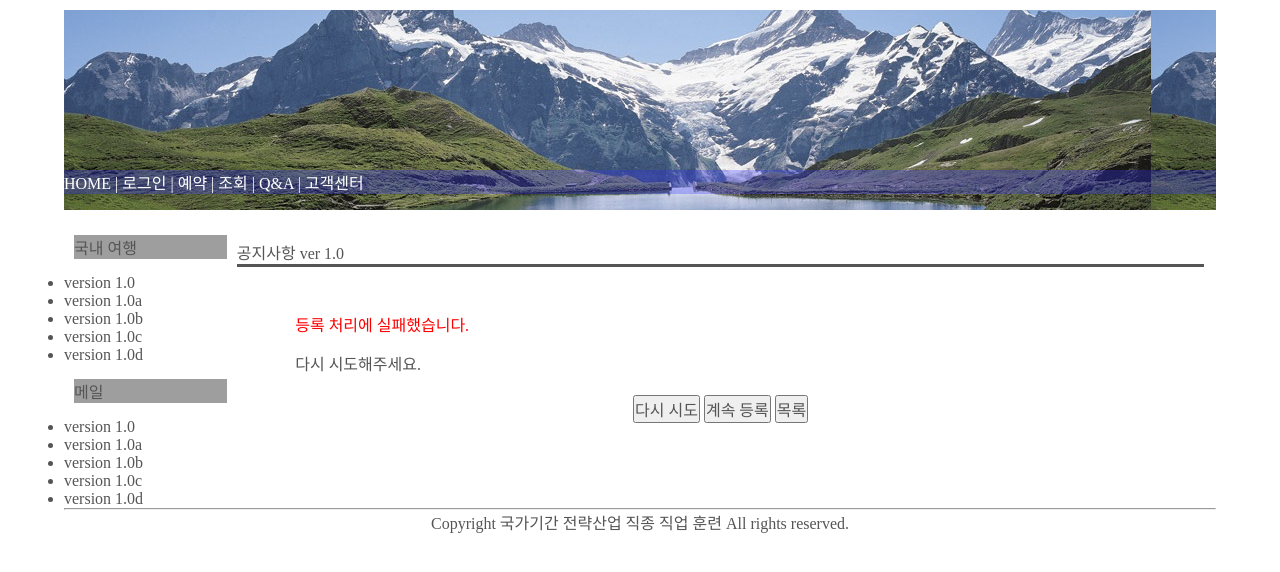
Repository: jangky000/ai_web
Page: http://localhost/blog_v2jc/mail_app/create_proc.jsp
The author's editor kept a copy of each file at every save. The page is drawn from the files as they stood at one save, then again after the next save.
The browser window is 1280 px wide. The pictures show the whole page.
Pictures or frames that could not be fetched are drawn as grey boxes. The page is served by Tomcat 9. Other server files are loaded and not shown. Queries for data that is not in the repository find no rows.

Above is the page before, as saved 2020-03-27 04:11:28.

### ws__frame/blog_v2jc/WebContent/mail_app/create_proc.jsp
<%@ page contentType="text/html; charset=UTF-8" %>

 <!-- MySQL에서 DBMS에 연결할때 쓰던 import 패키지와 구성이 같다. -->
 <!-- MovieDAO2.java 참조 -->
<%@ page import="java.sql.Connection" %>
<%@ page import=" java.sql.DriverManager" %>
<%@ page import="java.sql.PreparedStatement" %>
<%@ page import="java.sql.ResultSet" %>
<%@ page import="java.sql.SQLException" %>

<%
request.setCharacterEncoding("utf-8");
String root = request.getContextPath();
%>

<%
// 필요 변수 선언
Connection con = null;              // DBMS 연결
PreparedStatement pstmt = null; // SQL 실행
ResultSet rs = null;                   // SELECT 결과를 저장
StringBuffer sql = null;              // SQL 문장
int count = 0;                         // 처리된 레코드 갯수

// MYSQL
// String className = "org.gjt.mm.mysql.Driver"; // MySQL 연결 Driver
// String url = "jdbc:mysql://172.16.12.4:3306/javadb?useUnicode=true&characterEncoding=euckr"; //데이터베이스 javadb 사용

//Oracle, jdbc 연결
String className = "oracle.jdbc.driver.OracleDriver"; // Oracle 연결 Driver
String url = "jdbc:oracle:thin:@127.0.0.1:1521:XE"; //XE -> soldesk 등으로 달라질 수 있다.

String user = "ai6";
String password = "1234";
%>

<!DOCTYPE html>
<html lang="ko">
<head>
<meta charset="UTF-8">
<title></title>
<link href="<%=root%>/css/style.css" rel="Stylesheet" type="text/css">
</head>
<body>
<jsp:include page="/menu/top.jsp" flush='false' />
  <div class="title_line">공지사항 ver 1.0</div>
  <fieldset class="fieldset_basic">
    <!-- <legend class="legend_basic">공지사항 등록</legend> -->
      <ul>
        <%
        String title = request.getParameter("title");
        String content = request.getParameter("content");
        String rname = request.getParameter("rname");
        String passwd = request.getParameter("passwd");

      //네트워크 설정에 예외처리가 필수
        try {
          Class.forName(className); // memory로 클래스를 로딩함, 객체는 생성하지 않음.
          con = DriverManager.getConnection(url, user, password ); // MySQL 연결

          sql = new StringBuffer();
          //SQL문 앞에 한 칸 공백 만들기 + ' ; '지우기
          sql.append(" INSERT INTO notice(noticeno, title, content, rname, passwd, rdate )");
          sql.append(" VALUES (notice_seq.nextval, ?, ?, ?, ?, sysdate)"); // '?'는 ?값으로 판단, 문자열도 single quatation 없이 사용

          //StringBuffer를 문자열로 변환
          pstmt = con.prepareStatement(sql.toString());

          pstmt.setString(1, title);
          pstmt.setString(2, content);
          pstmt.setString(3, rname);
          pstmt.setString(4, passwd);

          //pstmt 바인딩 후에 실행
          count = pstmt.executeUpdate(); // INSERT, UPDATE, DELETE를 실행

        } catch (SQLException e) {
          System.out.println("SQL 실행 중 예외 발생");
          e.printStackTrace(); // 예외가 발생하기까지의 실행 과정 출력
        } catch (ClassNotFoundException e) {
          System.out.println("JDBC 드라이버가 없습니다.");
          e.printStackTrace();
        } finally {
          //try{ if (rs != null){ rs.close(); } }catch(Exception e){ }
          // 따로 에러 출력하지 않고 연결 종료
          try{ if (pstmt != null){ pstmt.close(); } }catch(Exception e){ }
          try{ if (con != null){ con.close(); } }catch(Exception e){ }
        }

      if(count == 1){
        %>
        <li class="li_none">등록 처리에 성공했습니다.</li>
        <%
      } else{
        %>
        <li class="li_error" >등록 처리에 실패했습니다.</li>
        <li class="li_none">다시 시도해주세요. </li>
        <%
      }
        %>
      </ul>
      <div class ="bottom_menu">
        <!-- onclick = "" javascript 연결 -->
        <%
        if(count == 0){
          %>
          <button type="button" onclick="history.back();">다시 시도</button>
          <%
        }
        %>
        <button type="button" onclick="location.href = './create_form.jsp'">계속 등록</button>
        <button type="button" onclick="location.href = './list.jsp'">목록</button>
      </div>
  </fieldset>

<jsp:include page="/menu/bottom.jsp" flush='false' />
</body>
</html>
</html>

### ws__frame/blog_v2jc/WebContent/menu/top.jsp
<%@ page contentType="text/html; charset=UTF-8" %>
<!-- jsp: include를 사용했기 때문에 root로 인한 충돌이 발생하지 않는다. -->
<% String root = request.getContextPath(); %>

<DIV class='container'>
  <DIV class='top_img'>
    <NAV class="top_menu">
      <a href="<%=root %>" class="menu_link">HOME</a> | 로그인 | 예약 | 조회 | Q&A | 고객센터
    </NAV>
  </DIV>

  <DIV style='margin-top: 10px;'> <!-- 좌측 메뉴 + 내용 시작 -->
    <DIV class='left_menu'> <!--  좌측 메뉴 시작 -->
      <div class="li_left_menu_1" >국내 여행</div>
      <UL>
         <!-- 모든 위치에서 동일한 주소를 찾아야하므로, 절대 경로로 설정 -->
        <LI class="li_left_menu_2"><a href="<%= request.getContextPath() %>/notice1/list.jsp">version 1.0</a></LI>
        <LI class="li_left_menu_2"><a href="<%= request.getContextPath() %>/notice1a/list.jsp">version 1.0a</a></LI>
        <LI class="li_left_menu_2"><a href="<%= request.getContextPath() %>/notice1b/list.jsp">version 1.0b</a></LI>
        <LI class="li_left_menu_2"><a href="<%= request.getContextPath() %>/notice1c/list.jsp">version 1.0c</a></LI>
        <LI class="li_left_menu_2"><a href="<%= request.getContextPath() %>/notice1d/list.jsp">version 1.0d</a></LI>
      </UL>
      <!-- br을 쓰는 것보다 margin으로 여백을 주는 것이 낫다 -->
      <div class="li_left_menu_1">메일</div>
      <UL>
        <LI class="li_left_menu_2"><a href="<%= request.getContextPath() %>/mail_app/list.jsp">version 1.0</a></LI>
        <LI class="li_left_menu_2"><a href="<%= request.getContextPath() %>/mail_app1a/list.jsp">version 1.0a</a></LI>
        <LI class="li_left_menu_2"><a href="<%= request.getContextPath() %>/mail_app1b/list.jsp">version 1.0b</a></LI>
        <LI class="li_left_menu_2"><a href="<%= request.getContextPath() %>/mail_app1c/list.jsp">version 1.0c</a></LI>
        <LI class="li_left_menu_2"><a href="<%= request.getContextPath() %>/mail_app1d/list.jsp">version 1.0d</a></LI>
      </UL>

    </DIV>  <!--  좌측 메뉴 종료 -->

    <DIV class='content_body'> <!--  내용 시작 -->

### ws__frame/blog_v2jc/WebContent/menu/bottom.jsp
<%@ page contentType="text/html; charset=UTF-8" %>

    </DIV> <!-- 내용 종료 -->
  </DIV> <!-- 좌측 메뉴 + 내용 종료 -->

  <!-- 화면 하단 메뉴 -->
  <DIV class='copyright'>
    <HR>
    Copyright 국가기간 전략산업 직종 직업 훈련 All rights reserved.
  </DIV>

</DIV> <!-- 컨테이너 종료 -->

### ws__frame/blog_v2jc/WebContent/css/style.css
/* ver 0.2 */
/* 모든 태그에 적용 */
  *{
     font-family: Malgun Gothic;
     font-size: 16px;
     margin: 0px;  /* top right bottom left */
     padding: 0px;
     color: #555555;
  }

  .container {
    width: 90%;
    margin: 10px auto;
  }

  /*
  이미지 경로 지정
  권장하지 않는 방법(절대경로): background-image: url('/blog_v2jc/css/images/top_image.jpg');
  권장하는 방법(상대경로): background-image: url('./images/top_image.jpg');
  style.css 파일이 include(link)되는 폴더를 현재 폴더로 인식함
  /blog_v2jc/css/style.css에서 사용
  /blog_v2jc/css/images/top_image.jpg 인식
   */
  .top_img {
    width: 100%;
    height: 200px;
    /* background-image: url('/blog_v2jc/menu/images/top_image.jpg'); */
    background-image: url('./images/top_image.jpg');
  }

  .top_menu {
    position: relative;  /* 부모 태그 기준 화면 상단 기준 */
    top: 80%;
    /* left: 2px;  */
    background-color: rgba(50, 50, 255, 0.3);
    color: white;
  }

  .left_menu {
    width: 15%;
    float: left;
  }

  .content_body {
    width: 84%;
    float: left;
  }

  .content_bottom {

  }

  .bottom_menu {
    text-align: center;
    margin: 20px auto;
    clear: both;
  }

  .copyright {
    text-align: center;
    margin: 20px auto; /* 블럭 가운데 정렬 */
    clear: both; /*  float: left; 해제 float 효과를 제거 */
  }

  .li_warning{/* 경고 메시지 */
    list-style: none;
    margin: 15px 10px;
    color: #ff6600;
  }

  .li_error{ /* 에러 메시지 */
    list-style: none;
    margin: 15px 10px;
    color: #FF0000;
  }

  .li_none{
    list-style: none;
    margin: 15px 10px;
  }

  .fieldset_basic{
    width:90%;
    margin:10px auto;
    border-top: none;
    border-right: none;
    border-bottom: none;
    border-left: none;
    padding: 10px;
  }

  .legend_basic{
    margin-left:30px;
    border:solid 1px #999999;
    background-color: #A6C2FF;
    color:#FFFFFF;
  }

  input:focus {outline:none;}
  .input_basic{
    border-top: none;
    border-right: none;
    border-bottom: solid 1px #999999;
    border-left: none;
  }

  .title_line{
    text-align:left;
    /* text-decoration: underline; */
    border-bottom: solid 3px #555555;
    width: 100%;
    margin: 20px auto;

  }

  .sub_menu{
    text-align: right;
    width: 100%;
  }

  .table_basic{
    border-collapse: collapse; /* 셀 합치기 */
    margin: 2px auto;
    width: 100%;
  }

  /*
    1em 기본값: 16px, 주변 태그의 글자 크기를 1em으로 인식
    div 태그가 20px일 경우 자식 태그가 0.5em이면 최종적으로 10px이 적용됨.
  */
  .th_basic{
    font-size: 0.8em;
    border-bottom: solid 1px #999999;
  }

  .td_basic{
    background-color: #ffffff;

    border-top: none;
    border-right: none;
    border-bottom: solid 1px #dddddd;
    border-left: none;

    text-align: center;
  }

  .td_left{
    background-color: #ffffff;

    border-top: none;
    border-right: none;
    border-bottom: solid 1px #dddddd;
    border-left: none;

    text-align: left;
  }

  A:link{  /* 방문전 상태 */
    text-decoration: none; /* 밑줄 삭제 */
    color: #555555;
  }

  A:visited{  /* 방문후 상태 */
    text-decoration: none; /* 밑줄 삭제 */
    color: #555555;
  }

  A:hover{  /* A 태그에 마우스가 올라간 상태 */
    text-decoration: underline; /* 밑줄 출력 */
    color: #7777FF;
  }

  A:active{  /* A 태그를 클릭한 상태 */
    text-decoration: underline; /* 밑줄 출력 */
    color: #7777FF;
  }

  /* top menu */
  .menu_link:link{  /* 방문전 상태 */
    text-decoration: none; /* 밑줄 삭제 */
    color: white;
  }

  .menu_link:visited{  /* 방문후 상태 */
    text-decoration: none; /* 밑줄 삭제 */
    color: white;
  }

  .menu_link:hover{  /* A 태그에 마우스가 올라간 상태 */
    text-decoration: underline; /* 밑줄 출력 */
    color: white;
    /* font-weight: bold; */
  }

  .menu_link:active{  /* A 태그를 클릭한 상태 */
    text-decoration: underline; /* 밑줄 출력 */
    color: white;
  }

  .content_title{
    border-top: none;
    border-right: none;
    border-bottom: solid 1px #999999;
    border-left: none;

    margin-bottom: 20px;
  }

  .content_bottom{
    border-top: none;
    border-right: none;
    border-bottom: none;
    border-left: none;
    margin: 20px 0;
    text-align: right;
    font-size: 0.8em;
  }

  .li_left_menu_1{
    list-style: none;
    margin: 15px 10px;
    background: url(./images/li_left_menu.png) left center no-repeat; /* url 왼쪽 중간 반복x */
    background-size:
  }

After the next save:
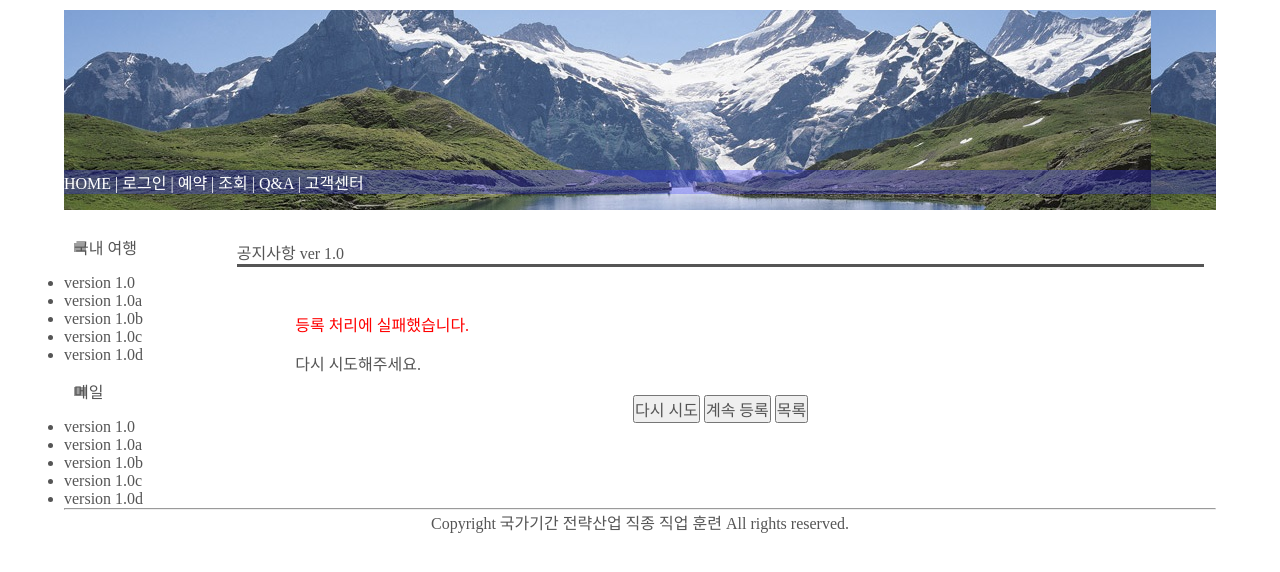
Saved 6 s later.
--- a/ws__frame/blog_v2jc/WebContent/css/style.css
+++ b/ws__frame/blog_v2jc/WebContent/css/style.css
@@ -220,5 +220,5 @@
     list-style: none;
     margin: 15px 10px;
     background: url(./images/li_left_menu.png) left center no-repeat; /* url 왼쪽 중간 반복x */
-    background-size:
-  }
+    background-size: 12px
+  }
